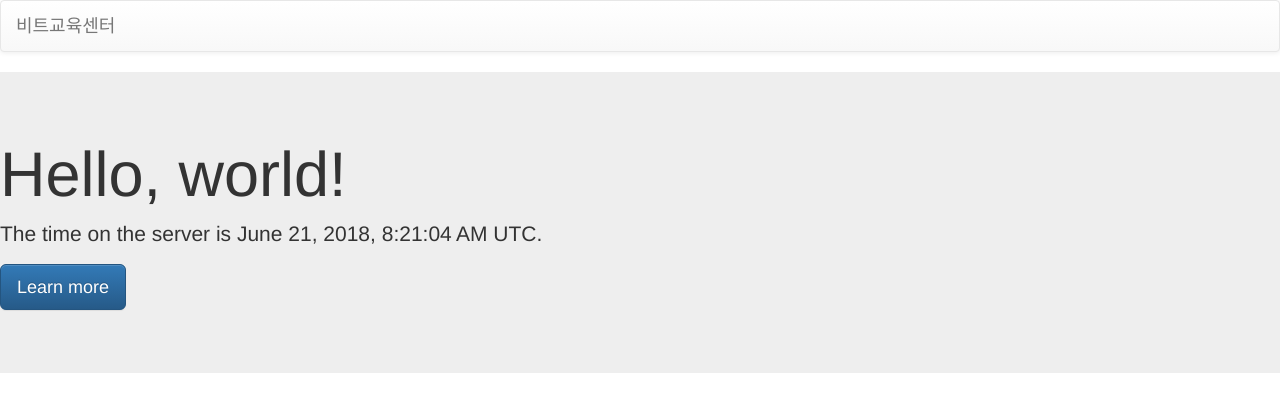
Repository: hb6class/spring2018
Page: http://localhost/sts03/
The author's editor kept a copy of each file at every save. The page is drawn from the files as they stood at one save, then again after a run of saves.
The browser window is 1280 px wide. The pictures show the whole page.
The page is served by Tomcat 9. The template is opened directly, without the code that normally fills it, so the values that code supplies are empty.

Above is the page before, as saved 2018-06-25 02:46:21.

After the next 2 saves:
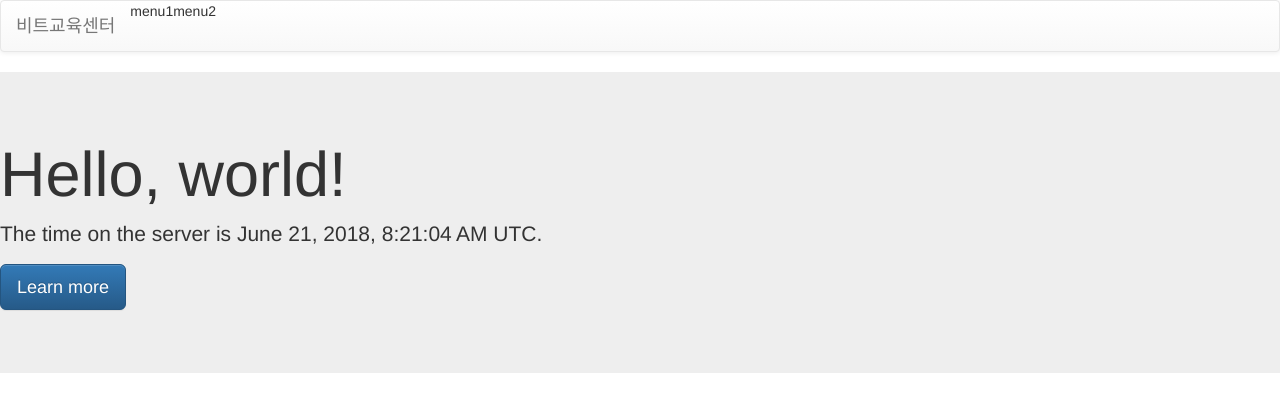
The 2 saves are shown as one change because they came seconds apart.
The last was saved 111 s later.
--- a/sts03/src/main/webapp/WEB-INF/views/home.jsp
+++ b/sts03/src/main/webapp/WEB-INF/views/home.jsp
@@ -26,6 +26,10 @@
         비트교육센터
       </a>
     </div>
+  <ul class="nav navbar-nav">
+  	<li>menu1</li>
+  	<li>menu2</li>
+  </ul>
   </div>
 </nav>
 <div class="jumbotron">
